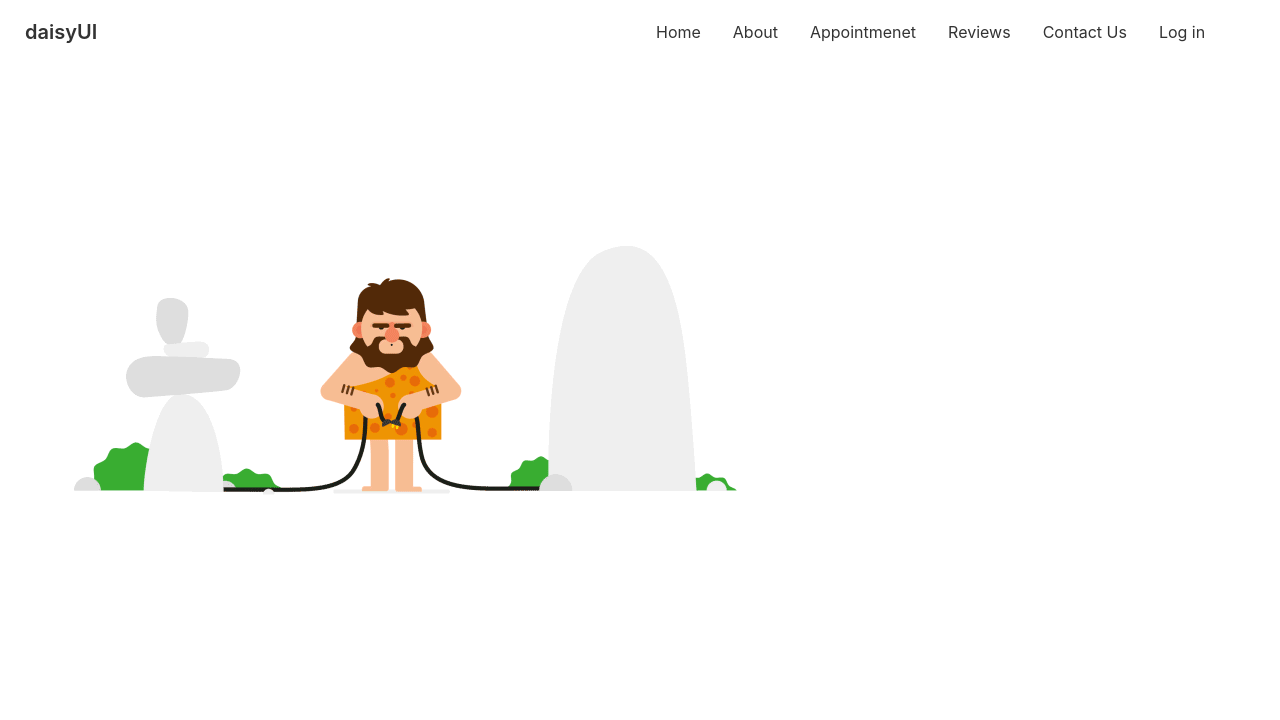
Repository: Tanvir3744/Doctors-client-website
Page: /appointment
The author's editor kept a copy of each file at every save. The page is drawn from the files as they stood at one save, then again after the next save.
The browser window is 1280 px wide. The pictures show the whole page.
The project was rebuilt for these pictures with package versions that can differ from the ones it lists, and the page was loaded fresh each time. Also part of the build but not shown: src/Pages/About/About.js, src/components/ChildInfoCards.js, src/components/InfoCards.js, src/Pages/Home/Banner/Banner.js, src/Pages/Home/Home.js, src/Pages/Login/Login.js.

Above is the page before, as saved 2022-05-25 19:39:32.

### src/App.js
import { Routes, Route } from 'react-router-dom'
import About from './Pages/About/About';
import Home from './Pages/Home/Home';
import Login from './Pages/Login/Login';
import NotFound from './Pages/NotFound/NotFound';
import Navbar from './Pages/Shared/Navbar';
function App() {
  return (
    <div className="App">
      <Navbar></Navbar>
      <Routes>
        <Route path='/' element={<Home />}></Route>
        <Route path='/home' element={<Home />}></Route>
        <Route path='/about' element={<About />}></Route>
        <Route path='/login' element={<Login />}></Route>
        <Route path='*' element={<NotFound />}></Route>
      </Routes>
    </div>
  );
}

export default App;

### src/Pages/NotFound/NotFound.js
import React from 'react';
import Disconnected from '../../assets/images/dribbble_1.gif';
const NotFound = () => {
    return (
        <div>
            <img src={Disconnected} alt="" />
        </div>
    );
};

export default NotFound;

### src/Pages/Shared/Navbar.js
import React from 'react';
import { Link } from 'react-router-dom';

const Navbar = () => {
    //menu items stored here
    const menuItems = <>
        <li><Link to="/">Home</Link></li>
        <li><Link to="/about">About</Link></li>
        <li><Link to="/appointment">Appointmenet</Link></li>
        <li><Link to="/reviews">Reviews</Link></li>
        <li><Link to="/contact">Contact Us</Link></li>
        <li><Link to="/login">Log in </Link></li>
    </>
    return (
        <div>
            <div class="navbar bg-base-100">
                <div class="navbar-start">
                    <div class="dropdown">
                        <label tabindex="0" class="btn btn-ghost lg:hidden">
                            <svg xmlns="http://www.w3.org/2000/svg" class="h-5 w-5" fill="none" viewBox="0 0 24 24" stroke="currentColor"><path stroke-linecap="round" stroke-linejoin="round" stroke-width="2" d="M4 6h16M4 12h8m-8 6h16" /></svg>
                        </label>
                        <ul tabindex="0" class="menu menu-compact dropdown-content mt-3 p-2 shadow bg-base-100 rounded-box w-52">
                           {menuItems}
                        </ul>
                    </div>
                    <Link to='/' class="btn btn-ghost normal-case text-xl">daisyUI</Link>
                </div>
                <div class="navbar-center hidden lg:flex">
                    <ul class="menu menu-horizontal p-0">
                        {menuItems}
                    </ul>
                </div>
            </div>
        </div>
    );
};

export default Navbar;

### tailwind.config.js
module.exports = {
  content: ["./src/**/*.{html,js}"],
  theme: {
    extend: {},
  },
  daisyui: {
    themes: [
      {

        mytheme: {
          primary: "#0FCFEC",
          secondary: "#19D3AE",
          neutral: "#3d4451",
          warning : "#3A4256",
          accent: "#37cdbe",
          "base-100": "#ffffff",
        },
      },
      "cupcake",
    ],
  },
  plugins: [require("daisyui")],
}

Loaded but not shown: public/index.html (common file); src/index.js (common file); src/index.css (common file); src/reportWebVitals.js (common file)

After the next save:
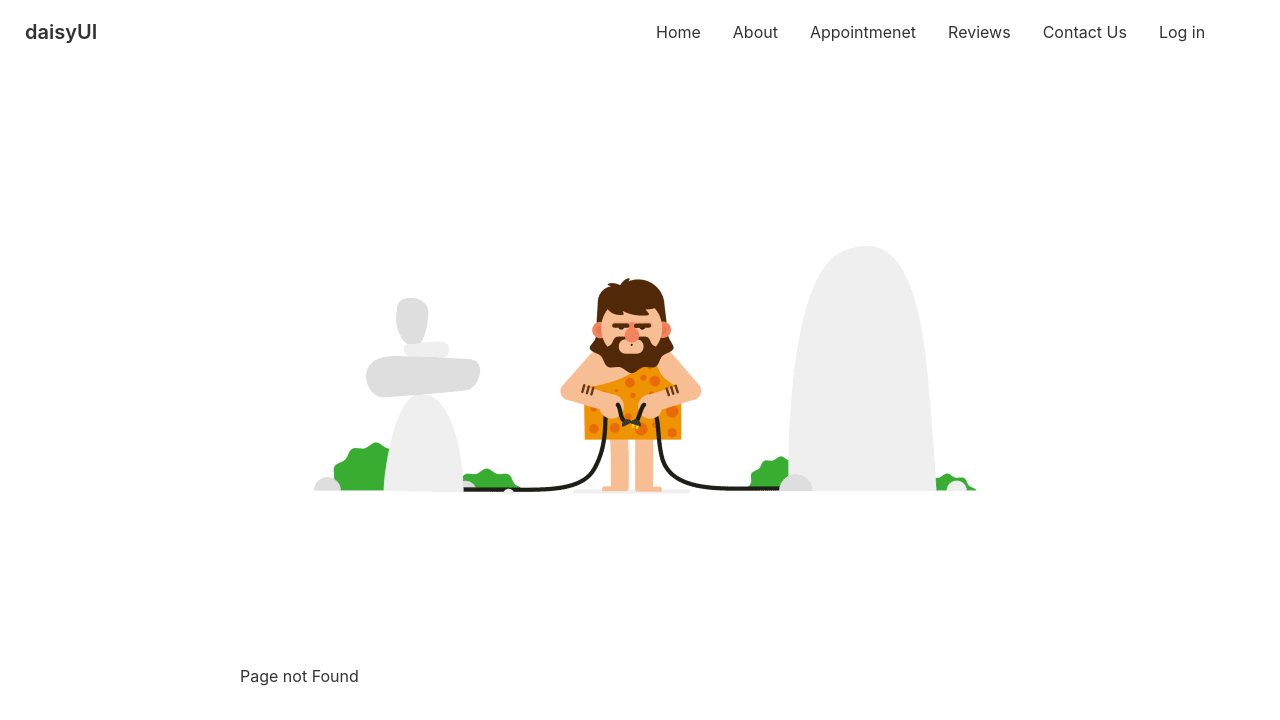
Saved 49 s later.
--- a/src/Pages/NotFound/NotFound.js
+++ b/src/Pages/NotFound/NotFound.js
@@ -2,8 +2,9 @@ import React from 'react';
 import Disconnected from '../../assets/images/dribbble_1.gif';
 const NotFound = () => {
     return (
-        <div>
+        <div className='grid place-content-center'>
             <img src={Disconnected} alt="" />
+            <h1>Page not Found</h1>
         </div>
     );
 };
